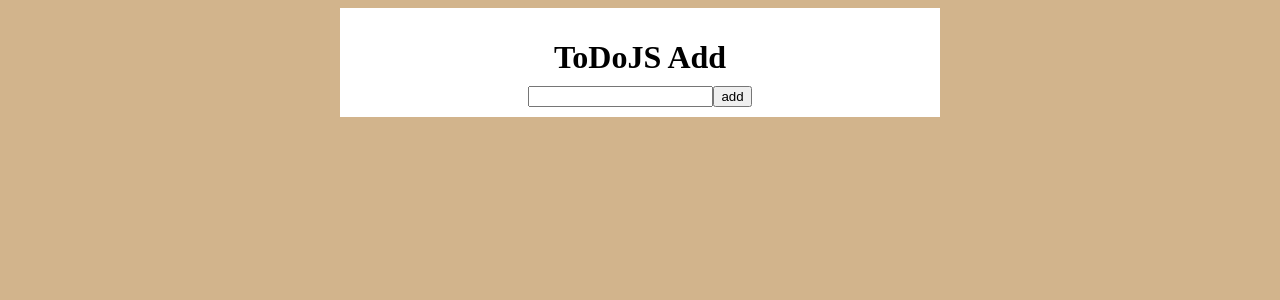
Repository: Savich01/ToDo
Page: index.html
An editor plug-in stored every save of this project. The page is shown before and after the next save, followed by the edit.
The browser window is 1280 px wide. The pictures show the whole page.

Above is the page before, as saved 2024-05-03 13:01:40.

### index.html
<!DOCTYPE html>
<html lang="en">
<head>
    <meta charset="UTF-8">
    <meta name="viewport" content="width=device-width, initial-scale=1.0">
    <link rel="stylesheet" href="css/style.css">
    <title>ToDO</title>
</head>
<body>
    <header class="header">
        <div class="header-block">
            <div class="header-block__sub">
                <h1 class="title">ToDoJS Add</h1>
            </div>
            <form class="personal" action="#">
                <input type="text" class="personal-input">
                <button class="personal-btn">add</button>
            </form>
        </div>
    </header>
        <!-- <div class="block1">
            <div class="block-sub">
                <h1 class="title">ToDoJS Add</h1>
                <div class="personal">
                    <input class="personal-input1" type="text">
                    <button class="personal-btn">add</button>
                </div>
            </div>
            <div class="block-sub2">

            </div>
        </div> -->
        <script src="js/script.js"></script>
</body>
</html>

### css/style.css
body {
    max-width: 100%;
    background: tan;
}

.header-block {
    max-width: 600px;
    margin: 0 auto;
    background: white;
    padding: 10px 0px;
}
 .header-block__sub {
    display: flex;
    flex-direction: column;
    justify-content: center;
    align-items: center;
 }
 .personal {
    display: flex;
    justify-content: center;
 }

/* .block1 {
    max-width: 600px;
    background-color: aliceblue;
    height: 200px;
    margin: 0 auto;
}

.block-sub {
    max-width: 200px;
    margin: 0 auto;
    padding: 40px 0 0 0;
    display: flex;
    flex-direction: column;
    align-items: center;
    text-align: center;
}

.input1 {
    padding: 7px;
}

.personal {
    display: flex;
    /* border-radius: 10%; */
}
.personal-input1 {
    padding: 7px;
    border-radius: 10px 0px 0px 10px ;
    border: 1px solid #000;
}

.personal-btn{
    cursor: pointer;
}

.title {
   color: #000;
   margin-bottom: 10px;

} */


/*--------------------ПЕРВЫЙ БЛОК-------------------------------------*/

Loaded but not shown: js/script.js (no copy from this time; the picture is the same without it)

After the next save:
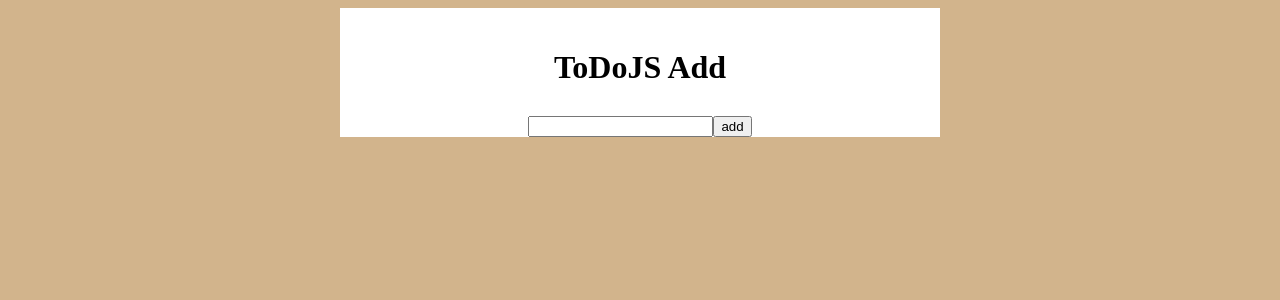
Saved 77 s later.
--- a/css/style.css
+++ b/css/style.css
@@ -7,13 +7,13 @@ body {
     max-width: 600px;
     margin: 0 auto;
     background: white;
-    padding: 10px 0px;
 }
  .header-block__sub {
     display: flex;
     flex-direction: column;
     justify-content: center;
     align-items: center;
+    padding: 20px 0px;
  }
  .personal {
     display: flex;
